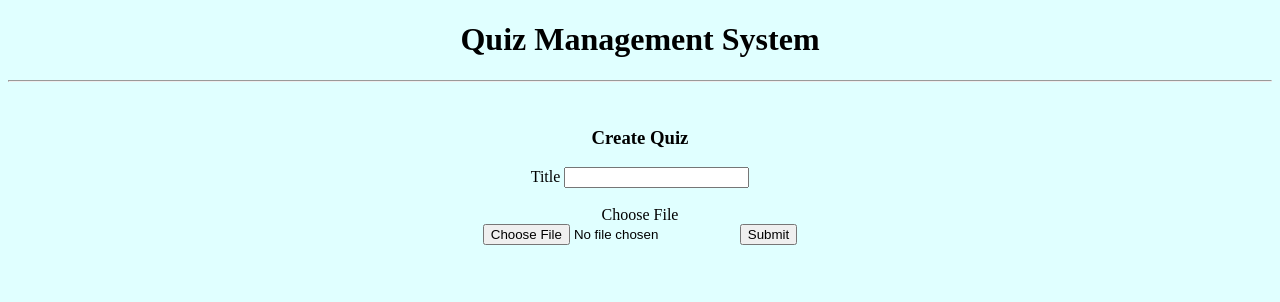
Repository: Rohitsenpai01/Quiz-Manangement-System
Page: http://localhost/WebQuizApp/createquiz.jsp
An editor plug-in stored every save of this project. The page is shown before and after the next save, followed by the edit.
The browser window is 1280 px wide. The pictures show the whole page.
The page is served by Tomcat 9. Other server files are loaded and not shown.

Above is the page before, as saved 2025-12-29 13:58:54.

### WebQuizApp/WebQuizApp/src/main/webapp/createquiz.jsp
<%@ page language="java" contentType="text/html; charset=UTF-8"
    pageEncoding="UTF-8"%>
<%@ taglib prefix="c" uri="http://java.sun.com/jsp/jstl/core" %>
<!DOCTYPE html>
<html>
<head>
<meta charset="UTF-8">
<title>Create Quiz</title>
</head>
<body bgcolor="${initParam.theme}">
	<h1 style="text-align: center;">${initParam.appTitle}</h1><hr><br>
	<div style="text-align: center;">
		<h3>Create Quiz</h3>
		<form method="post" action="quiz.jsp">
			Title <input type="text" name="title"><br><br>
			Choose File<br>
			<input type="file" id="upFile" name="filename">
			<input type="submit" value="Submit">
		</form>
	</div>
</body>
</html>

After the next save:
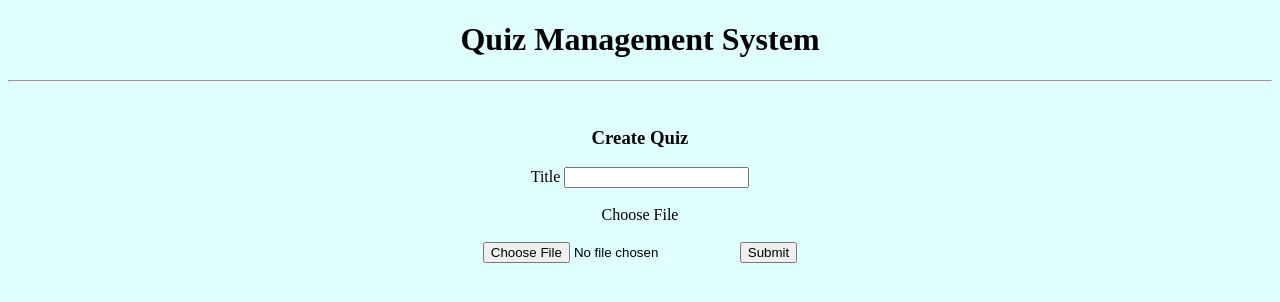
Saved 52 s later.
--- a/WebQuizApp/WebQuizApp/src/main/webapp/createquiz.jsp
+++ b/WebQuizApp/WebQuizApp/src/main/webapp/createquiz.jsp
@@ -13,7 +13,7 @@
 		<h3>Create Quiz</h3>
 		<form method="post" action="quiz.jsp">
 			Title <input type="text" name="title"><br><br>
-			Choose File<br>
+			Choose File<br><br>
 			<input type="file" id="upFile" name="filename">
 			<input type="submit" value="Submit">
 		</form>
